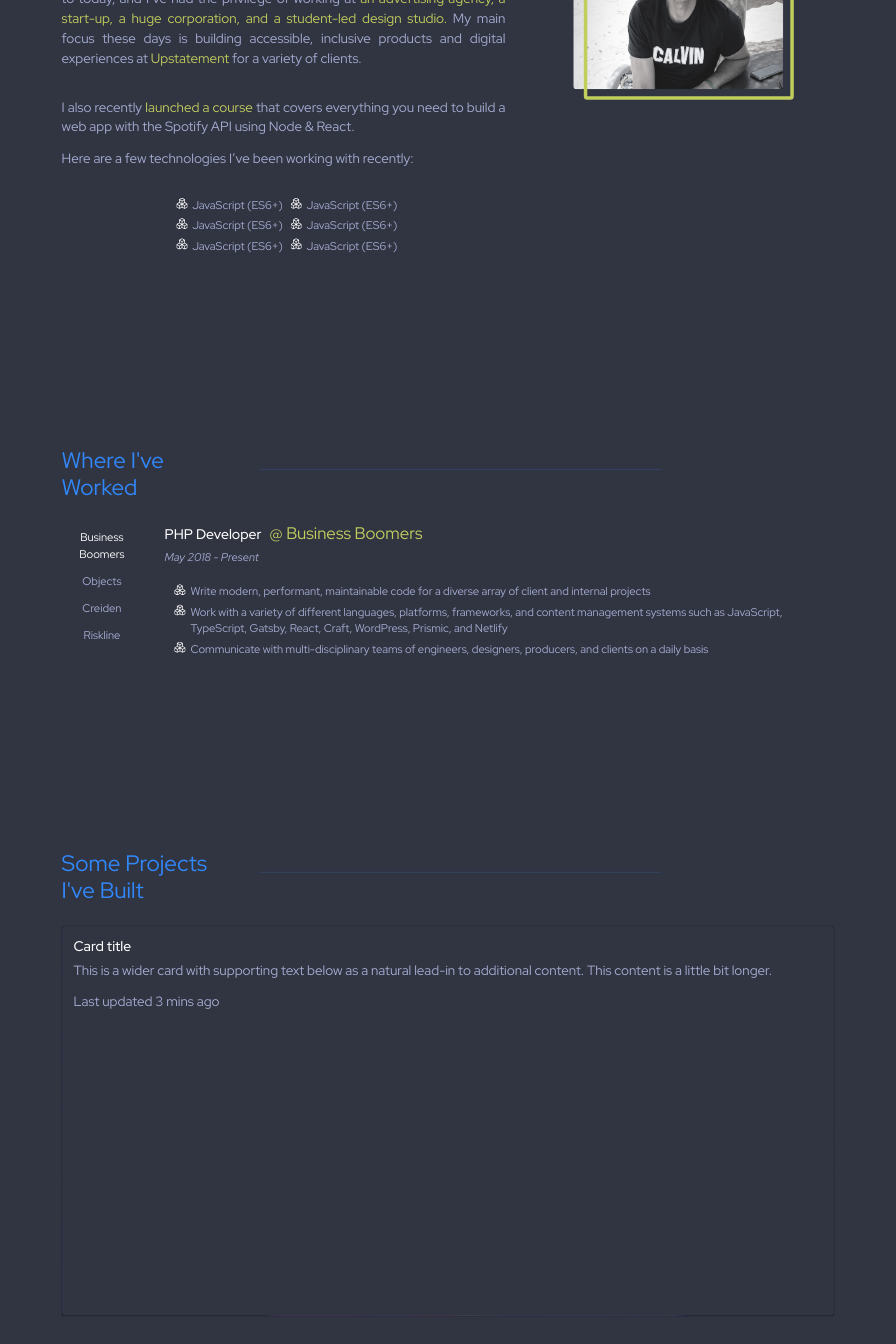
Repository: aya7abbal/Talaat-s-Portfolio
Page: index.html
An editor plug-in stored every save of this project. The page is shown before and after the next save, followed by the edit.
The browser window is 1280 px wide. The pictures show the part of the page from y = 1129 to 3049 px (the page is 3049 px tall), at 70% of full size.
Some web libraries are served in a nearby version. The style sheet was rebuilt from its Sass, Less or Tailwind sources for each picture, by a compiler version that may differ from the author's.

Above is the page before, as saved 2022-02-07 18:49:15.

After the next save:
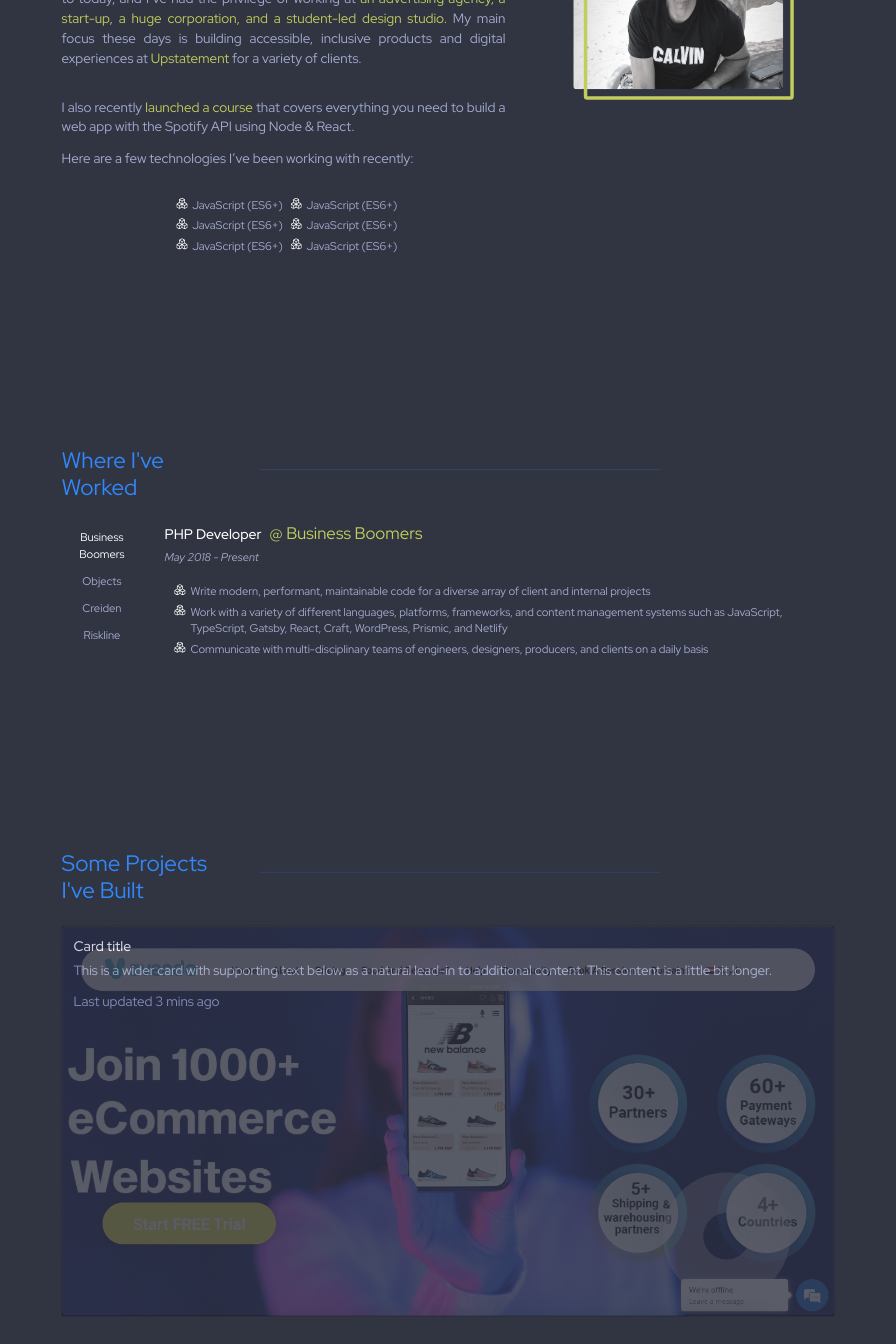
Saved 42 s later.
--- a/styles/styles.scss
+++ b/styles/styles.scss
@@ -9,6 +9,7 @@
 @import "./variables/fonts";
 @import "./components/pages";
 @import "./variables/images";
+@import "./components/projects";
 
 
 
